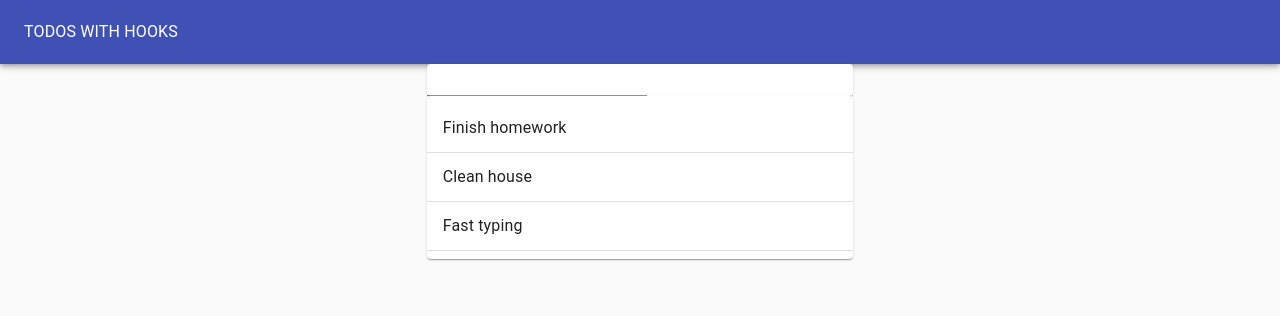
Repository: fulman/todo
Page: /
An editor plug-in stored every save of this project. The page is shown before and after the next save, followed by the edit.
The browser window is 1280 px wide. The pictures show the whole page.
The project was rebuilt for these pictures with package versions that can differ from the ones it lists, and the page was loaded fresh each time.

Above is the page before, as saved 2020-09-27 13:16:14.

After the next save:
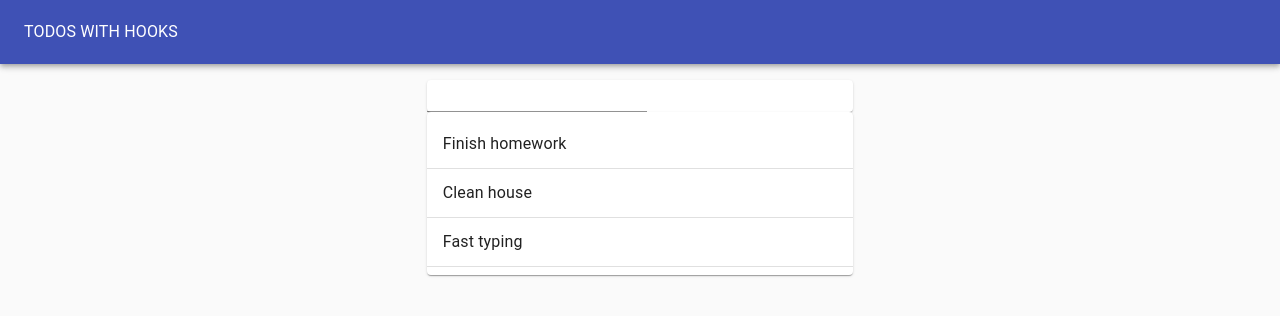
Saved 24 s later.
--- a/src/TodoApp.js
+++ b/src/TodoApp.js
@@ -32,7 +32,7 @@ function TodoApp() {
           <Typography color="inherit">TODOS WITH HOOKS</Typography>
         </Toolbar>
       </AppBar>
-      <Grid container justify="center">
+      <Grid container justify="center" style={{ marginTop: "1rem" }}>
         <Grid item xs={11} md={8} lg={4}>
           <TodoForm addTodo={addTodo} />
           <TodoList todos={todos} />
